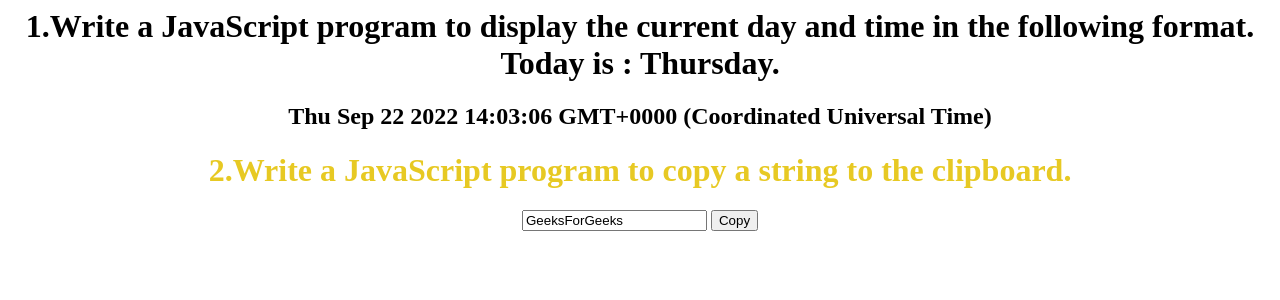
Repository: HoangDuy315/web-dev2022
Page: hw151022/ex1/ex1.html
The author's editor kept a copy of each file at every save. The page is drawn from the files as they stood at one save, then again after the next save.
The browser window is 1280 px wide. The pictures show the whole page.

Above is the page before, as saved 2022-10-15 12:13:46.

### hw151022/ex1/ex1.html
<!--JavaScript to display current Date and Time.-->

<html>
  <head>
    <title>JavaScript to display current Date and Time.</title>
  </head>

  <script type="text/javascript">
    function getCurrentDate() {
      var curDate = new Date();

      document.getElementById("showDate").innerHTML = curDate.toString();
    }
  </script>

  <body onLoad="getCurrentDate()" style="text-align: center">
    <h1>
      1.Write a JavaScript program to display the current day and time in the
      following format. Today is : Thursday.
    </h1>

    <!--Here date and time will display-->

    <h2 id="showDate"></h2>
    <script src="./ex1.js"></script>
  </body>

  <!-- 2 -->
  <body style="text-align: center">
    <h1 style="color: rgb(231, 201, 35)">
      2.Write a JavaScript program to copy a string to the clipboard.
    </h1>
    <input type="text" value="GeeksForGeeks" id="GfGInput" />
    <button onclick="GeeksForGeeks()">Copy</button>
    <script src="./ex1.js"></script>
  </body>
</html>

### hw151022/ex1/ex1.js
// 2

function cau2() {
  var copycau2 = document.getElementById("GfGInput");
  copycau2.select();
  document.execCommand("copy");
  alert("Copied cau2 successfully!: " + copycau2.value);
}

After the next save:
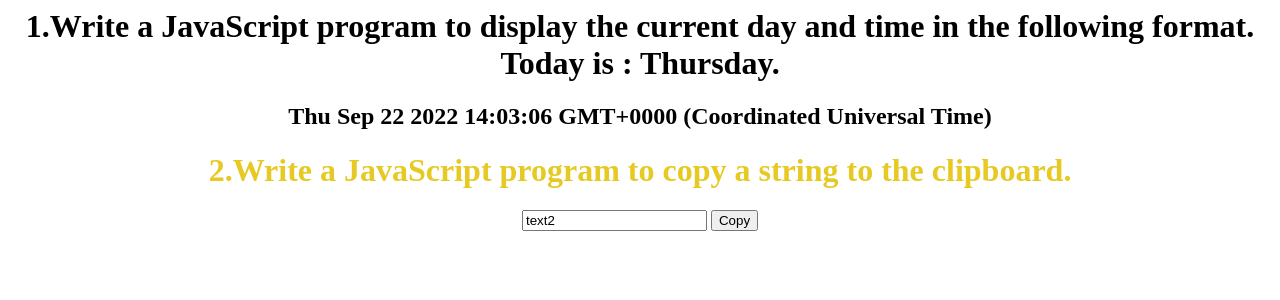
Saved 12 s later.
--- a/hw151022/ex1/ex1.html
+++ b/hw151022/ex1/ex1.html
@@ -30,8 +30,8 @@
     <h1 style="color: rgb(231, 201, 35)">
       2.Write a JavaScript program to copy a string to the clipboard.
     </h1>
-    <input type="text" value="GeeksForGeeks" id="GfGInput" />
-    <button onclick="GeeksForGeeks()">Copy</button>
+    <input type="text" value="text2" id="cau2" />
+    <button onclick="cau2()">Copy</button>
     <script src="./ex1.js"></script>
   </body>
 </html>

After the 6 saves that followed:
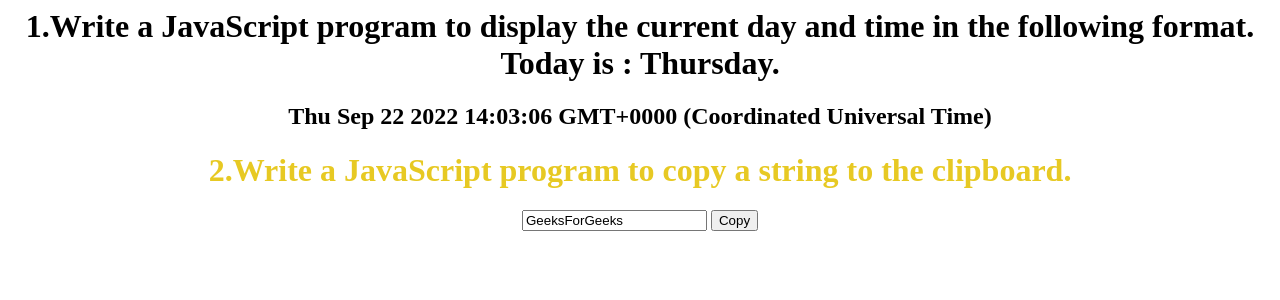
The 6 saves are shown as one change because 5 left the picture as it was.
The last was saved 3 min 44 s later.
--- a/hw151022/ex1/ex1.html
+++ b/hw151022/ex1/ex1.html
@@ -30,8 +30,8 @@
     <h1 style="color: rgb(231, 201, 35)">
       2.Write a JavaScript program to copy a string to the clipboard.
     </h1>
-    <input type="text" value="text2" id="cau2" />
-    <button onclick="cau2()">Copy</button>
+    <input type="text" value="GeeksForGeeks" id="GfGInput" />
+    <button onclick="GeeksForGeeks()">Copy</button>
     <script src="./ex1.js"></script>
   </body>
 </html>
--- a/hw151022/ex1/ex1.js
+++ b/hw151022/ex1/ex1.js
@@ -1,8 +1,8 @@
 // 2
 
 function cau2() {
-  var copycau2 = document.getElementById("GfGInput");
-  copycau2.select();
+  let cp2 = document.getElementById("GfGInput");
+  cp2.select();
   document.execCommand("copy");
-  alert("Copied cau2 successfully!: " + copycau2.value);
+  window.alert("Copied the text: " + cp2.value);
 }
